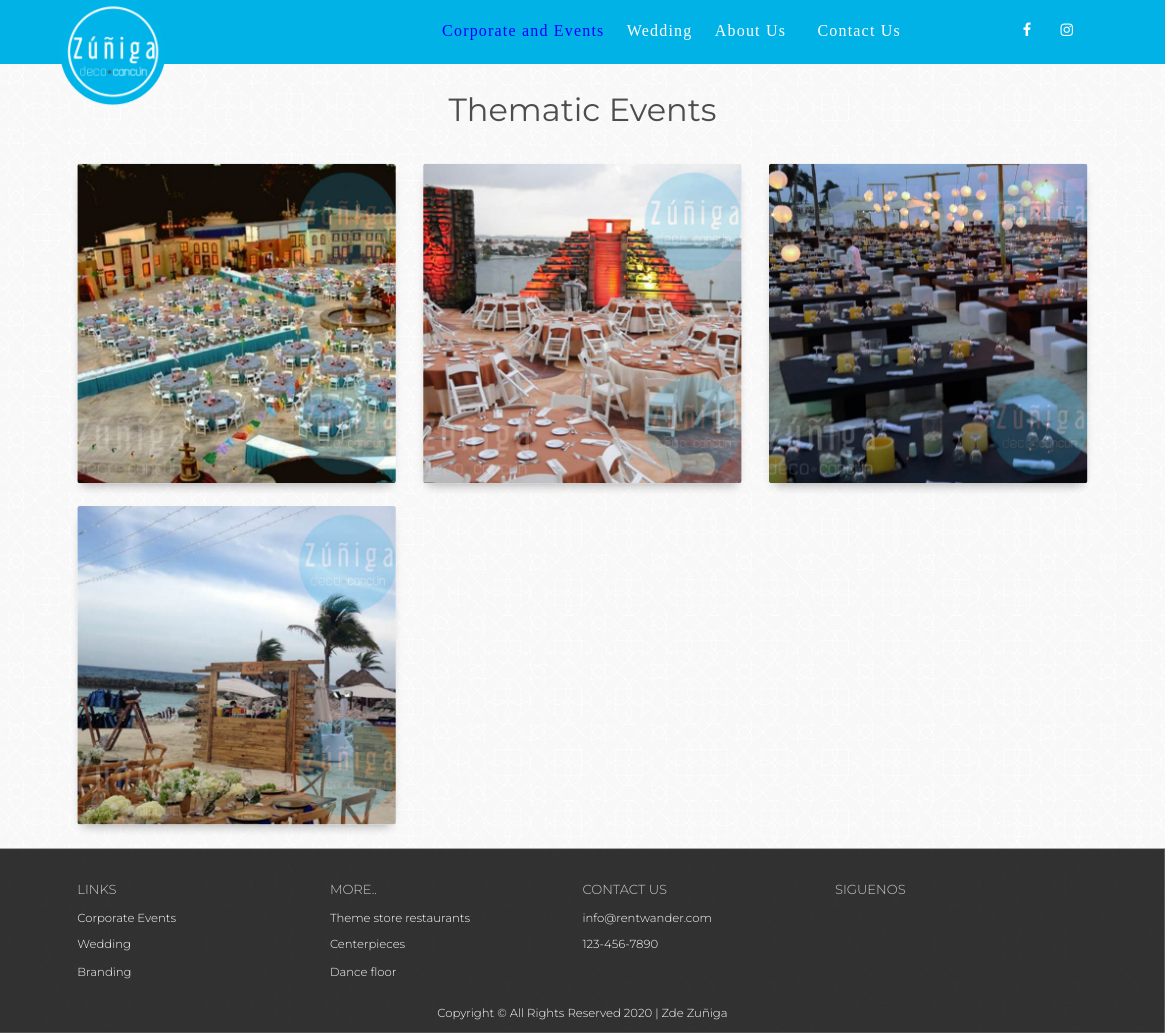
Repository: decocancun/web
Page: http://localhost/thematic-events.php
An editor plug-in stored every save of this project. The page is shown before and after the next save, followed by the edit.
The browser window is 1280 px wide. The pictures show the whole page, at 91% of full size.
Some icons come from a web library that is not loaded, so they are not drawn. Backgrounds fixed to the window are drawn as part of the page. Some web fonts or font styles are not loaded; a fallback is used. The page is run by PHP 8.4 with error messages shown; the project is at /var/www/html/. Style sheets and scripts are compiled from the project's sources, by tool versions that may differ from the author's.

Above is the page before, as saved 2019-12-28 10:02:10.

### thematic-events.php
<?php
    $page = "thematic-events";
    include_once 'header.php';
?>

        <div class="container">
            <div class="thematic-events d-flex justify-content-center">
                <h3>Thematic Events</h3>
            </div>
            <div  class="container_galeria">
                <div class="galeria_imagen">
                    <a href="mexican.php">
                        <img src="images/thematic-events/mexican.jpg">
                        <div class="overlay-galery">
                            <span>Mexican</span>
                        </div>
                    </a>
                </div>
                <div class="galeria_imagen">
                    <a href="maya.php">
                        <img src="images/thematic-events/maya.jpg">
                        <div class="overlay-galery">
                            <span>Maya</span>
                        </div>
                    </a>
                </div>
                <div class="galeria_imagen">
                    <a href="caribean.php">
                        <img src="images/thematic-events/caribean.jpg">
                        <div class="overlay-galery">
                            <span>Caribean</span>
                        </div>
                    </a>
                </div>
                <div class="galeria_imagen">
                    <a href="more-thematic.php">
                        <img src="images/thematic-events/more_events.jpg">
                        <div class="overlay-galery">
                            <span>More Thematic</span>
                        </div>
                    </a>
                </div>
            </div>
        </div>

<?php include_once 'footer.php';?>

### footer.php
    <footer id="footer" class="footer">
        <div class="container">
            <div class="contenedor-footer">
                    <nav id="secundaria" class="menu">
                        <span>LINKS</span>
                        <a class="enlace" href="index.php">Corporate Events</a>
                        <a class="enlace" href="wedding.php">Wedding</a>
                        <a class="enlace" href="branding.php">Branding</a>
                    </nav>
                    <nav id="secundaria" class="menu">
                        <span>MORE..</span>
                        <a class="enlace" href="theme-store-restaurants.php">Theme store restaurants</a>
                        <a class="enlace" href="centerpieces.php">Centerpieces</a>
                        <a class="enlace" href="dance-floor.php">Dance floor</a>
                    </nav>
                    <nav id="secundaria" class="menu">
                        <span>CONTACT US</span>
                        <a class="enlace" href="#"><i class="far fa-envelope"></i> info@rentwander.com</a>
                        <a class="enlace" href="#"><i class="fas fa-phone-alt"></i> 123-456-7890</i> </a>
                    </nav>
                    <nav id="secundaria" class="menu">
                        <span>SIGUENOS</span>
                        <div class="redes-social">
                            <a class="enlace" href="https://www.facebook.com/ZunigaDecoCancun/" target="_blank" ><i class="fab fa-facebook-square"></i></a>
                            <a class="enlace" href="https://www.instagram.com/zunigadecocancun/" target="_blank" ><i class="fab fa-instagram"></i></a>
                        </div>
                    </nav>
            </div> <!--.contenedor-footer-->
        </div><!--.contenedor-->
        <div class="container">
            <div class="copy">
                <span>Copyright © All Rights Reserved 2020 | Zde Zuñiga</span>
            </div>
        </div>
    </footer>
  </div>

  <script src="js/jquery-3.3.1.min.js"></script>
  <script src="js/bootstrap.min.js"></script>
  <script src="js/aos.js"></script>
  <script src="js/main.js"></script>
  <script src="js/imgModal.js"></script>
  </body>
</html>

### scss/app.scss
@import 'variables';
@import 'mixins';
@import 'about';
body{
	background: url(../images/fondo.png) no-repeat center center fixed;
	-webkit-background-size: cover;
	-moz-background-size: cover;
	-o-background-size: cover;
  background-size: cover;


}
h1{
    font-size: 2.5rem!important;
    font-weight: 500!important;
}

h3{
  font-size: 1.5rem!important;
  font-weight: 400!important;
  @include tablet(){
    font-size: 3rem!important;
    font-weight: 400!important;
  }
  @include desktop(){
    font-size: 2.2rem!important;
    font-weight: 400!important;
  }
}
.active{
  color:blue;
}
/*=============================================
  Menu navbar
=============================================*/
.fixed-top {
    position: fixed;
    top: 0;
    right: 0;
    left: 0;
    z-index: 1030;
    background: $colorPrincipal;
}
  .site-navbar .site-navigation .site-menu > li > a:hover {
    color: $colorBlanco !important;
}

.site-navbar .site-navigation .site-menu > li > a {
    color: $colorBlanco !important;
    font-family: "LibelSuit"!important;
    letter-spacing: 1.3px!important;
    font-weight: 200!important;
    font-size: 1.1rem!important;
    font-style: normal;
}
.site-navbar .site-navigation .site-menu .has-children .dropdown > li > a:hover{
    background-color: $colorPrincipal!important;
    color: $colorBlanco!important;
}

.dropdown{
  @include tablet(){
    display: none;
  }
}
.site-navbar .site-navigation .site-menu .has-children > a::before {
  @include tablet(){
    display: none;
  }
}
.site-navbar .site-navigation .site-menu .has-children > a {
  padding-right: 20px;
  @include tablet(){
    padding-right: 0px!important;
  }

}
//media query menu muy pequeña tipografias y tamaños letras
@media (max-width:767px){
    .site-mobile-menu .site-nav-wrap > li > a{
        font-family: "LibelSuit"!important;
        letter-spacing: 0.8px!important;
        font-size: 1.2rem!important;
        color: #212529cc!important;
    }
    .site-mobile-menu .site-nav-wrap a{
        font-family: "LibelSuit"!important;
        letter-spacing: 0.5px!important;
        font-size: 1rem!important;
        color: #212529cc!important;
    }
}

@media (max-width:1024px) and (min-width:992px){
  .hero_title{
    display: none;
  }
}
.hero_title{
    @include tablet(){
        display: none;
    }
    text-align: center;
    margin-top: 70px;
    h1{
        @include telefono(){
            font-size: 2rem!important;
        }
        @include tablet(){
            font-size: 2rem!important;

        }

        padding-top: 30px;
        font-size: 1.5rem!important;
    }
    h2{
        @include tablet(){
          font-size: 1.5rem;
          line-height: 2rem!important;

        }
        font-size: 1.2rem;
        text-align: justify;
        font-weight: normal;
        line-height: 1.5rem!important;
        margin-bottom: 25px;
        font-family: 'Montserrat', sans-serif;
        font-weight: 300;
        padding: 5px;
    }
}


/*=============================================
  menu galeria hover de secction
=============================================*/
.galeria{
  display: none;
  @include tablet(){
    margin-top: 65px;
    display: block;
  }

}
.site-section{
  display: none;
  @include tablet(){
    display: block;
  }
}
.contenedor-images{
    display: flex;
    width: 100%;
    margin: 0;
    justify-content: space-around;
    flex-wrap: wrap;
    border-radius: 3px;
  }
  .contenedor-images .imagen{
    flex: 0 0 calc(25%);
    position: relative;
    height: 277px;
    margin-bottom: 0;
    /*box-shadow: 0px 0px 3px 0px rgba(0,0,0,.75);*/
  }
  .imagen img{
    width: 100%;
    height:100%;
    object-fit: cover;
  }
  .overlay{
    position: absolute;
    bottom: 100%;
    left: 0;
    right: 0;
    width: 100%;
    height: 0%;
    transition: .5s ease;
    overflow: hidden;
    @include tablet{
      background: rgba($colorNegro, 0.5);
     /*background: $colorNegro;*/

    }
  }
  .overlay span{
    color: $colorBlanco;
    font-size: 20px;
    position: absolute;
    top: 50%;
    left: 50%;
    text-align: center;
    transform: translate(-50%, -50%);
    font-family: 'Montserrat', sans-serif;
    font-weight: 600;
  }
  .imagen .overlay{
    @include tablet(){
      height: 100%;
      top:0;
      bottom:0;
    }
    @include desktop(){
      height: 0%;
      top:0;
      bottom:0;
    }
  }
  .imagen:hover .overlay{
   /* height: 100%;
    cursor: pointer;*/
    top:0;
    bottom:0;
    height: 100%;
    cursor: pointer;
  }


/*=============================================
 secction contenido principal
=============================================*/
.title_events{
    font-size: 20px;
    text-align: justify;
    font-weight: normal;
    line-height: 1.5em;
    margin-bottom: 25px;
    font-family: 'Montserrat', sans-serif;
    font-weight: 300;
    padding: 5px;
  }
  .btn.btn-black{
    color: $colorBlanco;
    background-color: $colorPrincipal !important;
    font-family: 'Raleway', sans-serif !important;
    font-size: 18px;
    margin-top: 15px;
  }
  .btn.btn-black:hover{
    color: $colorBlanco;

  }


/*=============================================
  secction de fondo desing
=============================================*/
.fondo{
    background: url(../images/fondo-events.jpg) no-repeat center center fixed;
    -webkit-background-size: cover;
    -moz-background-size: cover;
    -o-background-size: cover;
    background-size: cover;
}
.service{
  font-family: 'Montserrat', sans-serif;
}


/*=============================================
  secction de thematic events
=============================================*/
.thematic-events{
  margin-top: 105px;
  margin-bottom: 20px;

  @include tablet(){
    margin-top: 100px;
    margin-bottom: 20px;
  }
  @include desktop(){
    margin-bottom: 30px;
  }

}
.container_galeria{
  display: flex;
  flex-wrap: wrap;
  justify-content: space-between;
  @include tablet(){
    margin-bottom: 55px;
  }
  @include desktop(){
    margin-bottom: 0px;
  }
}
.galeria_imagen{
  flex: 0 0 calc(100% - 0.2rem);
  margin-bottom: 1.6rem!important;
  .overlay-galery{
    width: 100%;
    height: 100%;
  }

  @include telefono(){
    flex: 0 0 calc(49% - 0.5rem);
  }

  @include desktop(){
    flex: 0 0 calc(33% - 1rem);
    .overlay-galery{
      width: 100%;
      height: 0%;
    }
  }

}
.galeria_imagen img{
  width: 100%;
  height: 100%;
  cursor: pointer;
}
.galeria_imagen{
  position: relative;
  margin-bottom: 0;
}
.galeria_imagen img{
  width: 100%;
  height:100%;
  object-fit: cover;
  box-shadow: 0 5px 15px -8px rgba(0,0,0,.24), 0 8px 10px -5px rgba(0,0,0,.2);
  border-radius: 3px;
}
.overlay-galery{
  position: absolute;
  bottom: 0;
  left: 0;
  /*background: rgba(0,118,192,0.781);*/
  background: rgba(18, 19, 19, 0.53);
  width: 100%;
  height: 0%;
  transition: .5s ease;
  overflow: hidden;
}
.overlay-galery span{
  color: $colorBlanco;
  font-size: 25px;
  position: absolute;
  top: 50%;
  left: 50%;
  text-align: center;
  transform: translate(-50%, -50%);
  font-family: 'Raleway', sans-serif!important;
  font-weight: 600;

}
.galeria_imagen:hover .overlay-galery{
  height: 100%;
  cursor: pointer;
}

/*=============================================
  galeria de imagen modal
=============================================*/
.container_modal{
  display: flex;
  justify-content: center;
  align-items: center;
  flex-wrap: wrap;
}
.modal_img{
  width: 300px!important;
  height: 250px!important;
  @include tablet(){
    width: 600px!important;
    height: 453px!important;
  }
  @include desktop(){
    width: 630px!important;
    height: 453px!important;
  }

}
.modal{
  position: fixed;
  width: 100%;
  height: 100vh;
  background: rgba($colorNegro, 0.83);
  top: 0;
  left: 0;
  display: flex;
  justify-content: center;
  align-items: center;

}
.imagen_modal{
  box-shadow: 0px 0px 0px 10px $colorBlanco;

}
.container_modal{
  display: flex;
  align-items: center;
  -webkit-box-shadow: 3px 3px 5px 0px rgb(12, 34, 60);
  -moz-box-shadow: 3px 3px 5px 0px rgb(12, 34, 60);
  box-shadow:3px 3px 3px 0px rgb(12, 34, 60);
}
.modal_botton{
  width: 50px;
  height: 50px;
  color: $colorBlanco;
  font-weight: 500;
  font-size: 40px;
  font-family: monospace;
  line-height: 50px;
  text-align: center;
  position: absolute;
  right: 10px;
  top: 10px;
  cursor: pointer;
}


/*=============================================
  secction weding banners
=============================================*/
.hero{
  min-height: 24rem;
  background-size: cover;
  color: $colorBlanco;
  display: flex;
  align-items: center;
  @include background-imagen('../images/fondo-events.jpg');
  margin-top: 68px;
  @include desktop(){
    margin-top: 69px;
  }
  .contenido-hero{
    flex: 1;

      h2{
        text-align:  center;
        font-weight: 600;
        font-size: 2.5rem;
        @include tablet(){
          font-size: 2.6rem;
        }
      }
      p{
        font-size: 1rem;
        text-align: center;
        font-weight: normal;
        line-height: 1.8rem;
        font-family: 'Montserrat', sans-serif;
        font-weight: 300;
        margin-top: 10px;
        @include tablet(){
          font-size: 1.5rem;
        }
      }

  }

}

.wedding{
  display: flex;
  justify-content: center;
  align-items: center;
  margin-top: 50px;
  margin-bottom: 50px;
  @include desktop(){
    margin-bottom: 100px;
  }
}
.wedding .cont-wedding{
  flex: 0 0 calc(100%);
  text-align: center;
  @include tablet(){
    flex: 0 0 calc(70%);
  }
  @include desktop(){
    flex: 0 0 calc(50%);
  }
  h1{
    font-size: 2rem!important;
    @include desktop(){
      font-size: 2.4rem!important;
    }
  }
  p{
    font-size: 1rem;
    text-align: center;
    line-height: 1.5em;
    font-family: 'Montserrat', sans-serif;
    font-weight: 300;
    margin-top: 15px;
    @include tablet(){
      font-size: 1.3rem;
    }
  }
}
/*=============================================
  secction galery
=============================================*/
.grid {
	overflow: hidden;
	margin: 0;
	padding: 0 0 0 0;
	width: 100%;
	list-style: none;
  text-align: center;
  display: flex;
  flex-wrap: wrap;
  justify-content: space-between;
}
.grid figure {
	position: relative;
	z-index: 1;
	overflow: hidden;
  margin: 0;
  padding: 0;
	height: 350px;
	background: $colorNegro;
	text-align: center;
  cursor: pointer;
  flex: 0 0 calc(100%);
  @include telefono(){
    flex: 0 0 calc(50%);
    height: 300px;
  }
  @include tablet(){
    height: 320px;
  }
  @include desktop(){
    flex: 0 0 calc(33.333%);
    height: 400px;
  }

}

.grid figure img {
	position: relative;
	min-height: 100%;
	opacity: 0.9;
}

.grid figure figcaption {
	color: $colorBlanco;
	font-size: 1.25em;
	-webkit-backface-visibility: hidden;
	backface-visibility: hidden;
}

.grid figure figcaption::before,
.grid figure figcaption::after {
	pointer-events: none;
}

.grid figure figcaption,
.grid figure a {
	position: absolute;
	top: 0;
	left: 0;
	width: 100%;
	height: 100%;
}


/***** efectos de galery *****/
figure.effect-oscar {
	background: $colorNegro;
}

figure.effect-oscar img {
	opacity: 0.9;
	-webkit-transition: opacity 0.35s;
	transition: opacity 0.35s;
}

figure.effect-oscar figcaption {
	padding: 3em;
	background-color: rgba(34, 34, 33, 0.2);
	-webkit-transition: background-color 0.35s;
	transition: background-color 0.35s;
}

/*modificacion realizada de texto*/
figure.effect-oscar figcaption h3{
  margin: 45% 0 10px 0;
  @include telefono(){
    margin: 20% 0 10px 0;
  }
}
figure.effect-oscar figcaption{
  span{
    color: $colorBlanco;
    font-weight: 600;
    font-size: 1.5rem;
    font-family: 'Montserrat', sans-serif !important;
  }
}


figure.effect-oscar figcaption::before {
	position: absolute;
	top: 30px;
	right: 30px;
	bottom: 30px;
	left: 30px;
	border: 1px solid $colorBlanco;
	content: '';
}

figure.effect-oscar figcaption::before{
	opacity: 1;
  @include desktop(){

    opacity: 0;
    -webkit-transition: opacity 0.35s, -webkit-transform 0.35s;
    transition: opacity 0.35s, transform 0.35s;
    -webkit-transform: scale(0);
    transform: scale(0);

  }

}

figure.effect-oscar:hover figcaption::before{
	opacity: 1;
	-webkit-transform: scale(1);
	transform: scale(1);
	-moz-transform: scale(1);
	-ms-transform: scale(1);
	-o-transform: scale(1);
}

figure.effect-oscar:hover figcaption {
  background: rgba($colorNegro, 0.5);

}
figure.effect-oscar:hover img {
	background: rgba($colorNegro, 0.5);
}



.cursos{
  display: flex;
  flex-wrap: wrap;
  justify-content: space-between;

  .curso{
      .imagen-curso{
          width: 100%;
      }
      flex: 0 1 calc(100% - 0rem);
      border: 1px solid darken($colorGris, 10);
      margin-bottom: 1rem;
      @include telefono(){
        flex: 0 1 calc(50% - 1rem);
      }
      @include tablet{
          flex: 0 1 calc(33% - 1rem);
      }
      @include desktop{
          flex: 0 1 calc(33% - 1rem);
      }
  }

}

.info-curso{
  padding: 1rem;

  h4{
      margin: 0;
      font-size: 1.2rem;
      font-family: 'Montserrat', sans-serif;
      font-weight: 500;
  }
  p{
    margin-top: 8px;
    font-family: 'Montserrat', sans-serif;
    font-size: 1rem;
  }
  /*.precio{
      display: flex;
      justify-content: space-between;
      .regular{
          text-decoration: line-through;
          color: red;
      }
      .oferta{
          font-size: 1.6rem;
          font-weight: 700;
          color: green;
      }
  }*/

  .boton{
      @include boton($colorPrincipal);
  }
}






/*=============================================
  secction footer
=============================================*/

.footer{
  background: rgba($colorNegro, 0.8);
  border-top: 1px solid darken($colorGris, 10);
  padding-top: 2rem;

  .contenedor-footer{
      display: flex;
      flex-direction: column;
      @include telefono{
          flex-direction: row;
      }
  }

}
.copy{
  text-align: center;
  color: $colorBlanco;
  font-family: 'Montserrat', sans-serif;
  font-size: 0.8rem;
  padding-bottom: 10px;

}
.menu{
  @include menus();
}

### scss/_variables.scss
$colorPrincipal:#00b2e5;
$colorBlanco:#fff;
$colorNegro:#000;
$colorGris:#ccc;

//variables para los tamaños de media query
$telefono:480px;
$tablet:768px;
$desktop:1024px;

### scss/_mixins.scss
@font-face{
    font-family: "LibelSuit";
    src: url("../fonts/libel-suit-rg-webfont.eot");
    src: url("../fonts/libel-suit-rg-webfont.eot?#amoLibelSuit") format("embedded-opentype"),
    url("../fonts/libel-suit-rg-webfont.woff") format("woff"),
    url("../fonts/libel-suit-rg-webfont.ttf") format("truetype"),
    url("../fonts/libel-suit-rg-webfont.svg#libel_suitregular") format("svg");
}

@mixin background-imagen($imagen) {
    background-image: url($imagen);
    background-repeat: no-repeat;
    background-position: center center;
}
@mixin boton($color){
    background-color:$color;
    padding: .8rem 1rem;
    display: block;
    text-align: center;
    color:$colorBlanco;
    text-decoration: none;
}
/*Media Queries*/
@mixin telefono{
    @media only screen  and (min-width:#{$telefono}){
        @content;
    }
}

@mixin tablet{
    @media only screen  and (min-width:#{$tablet}){
        @content;
    }
}

@mixin desktop{
    @media only screen  and (min-width:#{$desktop}){
        @content;
    }
}
/*menus de navegacion de footer*/
@mixin menus {
    display: flex;
    flex-direction: column;
    margin-bottom: 1rem;
    flex: 1;
    @include desktop(){
        flex: 0 1 calc(30% - 1rem);
    }
    a{
        font-family: 'Montserrat', sans-serif;
        font-size: 0.8rem;
        color: $colorBlanco;
        text-decoration: none;
        margin-bottom: .5rem;
    }
    span{
        color: $colorGris;
        font-size: 0.9rem;
        margin-bottom: .5rem;
        font-family: 'Montserrat', sans-serif;
    }
    .fa-facebook-square{
        font-size: 1.2rem;
    }
    .fa-instagram{
        font-size: 1.3rem;
        margin-left: 15px;
    }
}

### scss/_about.scss
/*-----about us-------------------------------*/
.contenedor_about{
    width: 1050px;
    height: auto;
    box-shadow: 0 0 10px 2px #ddd !important;
    margin-top: 125px;
    margin-bottom:30px;
    background: #ffffff1c;

}
.container_we{
    widows: 100%;
    display: flex;
    flex-wrap: wrap;
    justify-content: space-between;
}

.about{
    width: 50%;
}
.caja_about{
    padding: 15px;
    margin-top: 10px;
}
.caja_about h2{
    font-size: 2.2rem;
    font-family: 'Montserrat', sans-serif;
    line-height: 1.5;
    font-weight: 500;
    color: #00b2e5;
}
.caja_about p{
    font-size: 20px;
    text-align: justify;
    font-weight: normal;
    line-height: 1.5em;
    margin-bottom: 25px;
    font-family: 'Montserrat', sans-serif;
    font-weight: 300;
    margin-left: 5px;

}
.img_about{
    height: 330px;
}
.img_about img{
    width: 100%;
    height: 100%;

}


.contenedor_mision{
    width: 80%;
}
.mision{
    padding: 15px;
}
.mision h3{
    font-size: 2.2rem;
    font-family: 'Montserrat', sans-serif;
    line-height: 1.5;
    color: #00b2e5;
}
.mision p{
    font-size: 20px;
    text-align: justify;
    font-weight: normal;
    line-height: 1.5em;
    margin-bottom: 25px;
    font-family: 'Montserrat', sans-serif;
    font-weight: 300;
    margin-left: 5px;
}

@media (max-width:767px){
    .about{
        width: 100%;
    }
    .contenedor_mision{
        width: 100%;
    }
}

### css/myStyle.css

/*=============================================
logo
=============================================*/
.logo_img img{
  width: 100%;
  height: 100%;
}
.log{
  width: 65px;
}
.log img{
  width: 58px;
  position: absolute;
  top: -27px;
}
@media (min-width:1200px){
  .circulo {
    width: 116px;
    height: 116px;
    -moz-border-radius: 50%;
    -webkit-border-radius: 50%;
    border-radius: 50%;
    margin-top: -35PX;
    background: #00B4E8;
    position: absolute;
    z-index: 10;
    margin-left: -10%
  }
  .logo_img{
    max-width: 101px;
    position: absolute;
    z-index: 10;
    margin-left: -11px;
    margin-top: -28px;
  }
  .log{
    display: none;
  }
}

@media (max-width:1199px) and (min-width:992px){
  .circulo {
    width: 109px;
    height: 109px;
    -moz-border-radius: 50%;
    -webkit-border-radius: 50%;
    border-radius: 50%;
    margin-top: -35PX;
    background: #00B2E5;
    position: absolute;
    z-index: 10;
    margin-left: -5%;

  }
  .logo_img{
  max-width: 101px;
  position: absolute;
  z-index: 10;
  margin-left: -3px;
  margin-top: -31px;
  }
  .log{
    display: none;
  }

}

@media (max-width:991px) and (min-width:768px){

  .circulo {
    width: 109px;
    height: 109px;
    -moz-border-radius: 50%;
    -webkit-border-radius: 50%;
    border-radius: 50%;
    margin-top: -35PX;
    background: #00B2E5;
    position: absolute;
    z-index: 10;
    margin-left: -5%;

  }
  .logo_img{
  max-width: 101px;
  position: absolute;
  z-index: 10;
  margin-left: -1px;
  margin-top: -31px;
  }
  .log{
    display: none;
  }
}


@media (max-width:767px){
  .circulo,.logo_img,.dis_logo,.circulo{
    display: none;
  }

}

Loaded but not shown: fonts/icomoon/style.css (common file); css/bootstrap.min.css (library); js/jquery-3.3.1.min.js (library); js/bootstrap.min.js (library); js/aos.js (library); js/main.js (233 lines, source omitted); js/imgModal.js (8 lines, source omitted); css/style.css (1103 lines, source omitted); header.php (117 lines, source omitted)

After the next save:
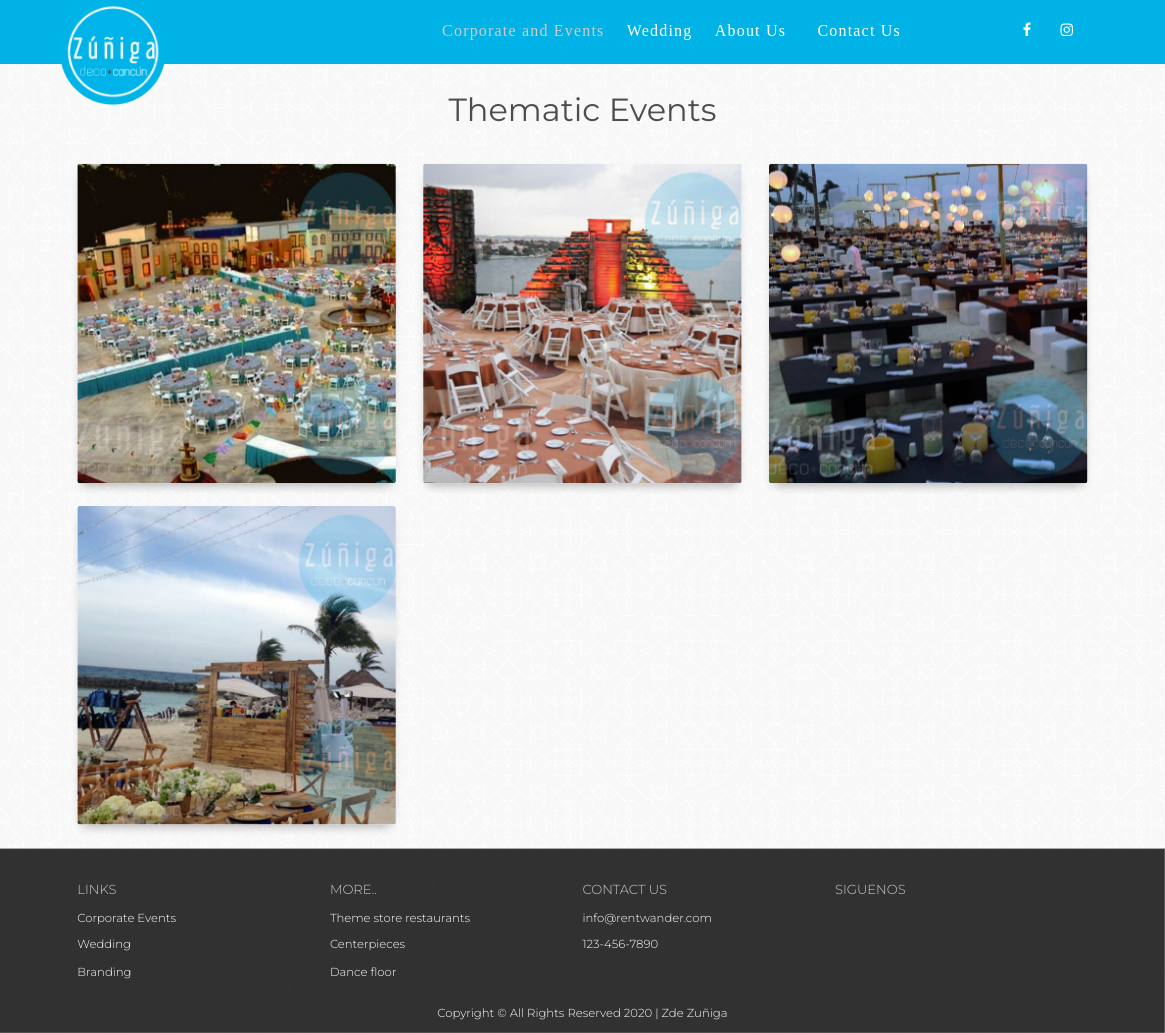
Saved 11 min 45 s later.
--- a/scss/app.scss
+++ b/scss/app.scss
@@ -28,7 +28,7 @@
   }
 }
 .active{
-  color:blue;
+  color:$colorGris;
 }
 /*=============================================
   Menu navbar
